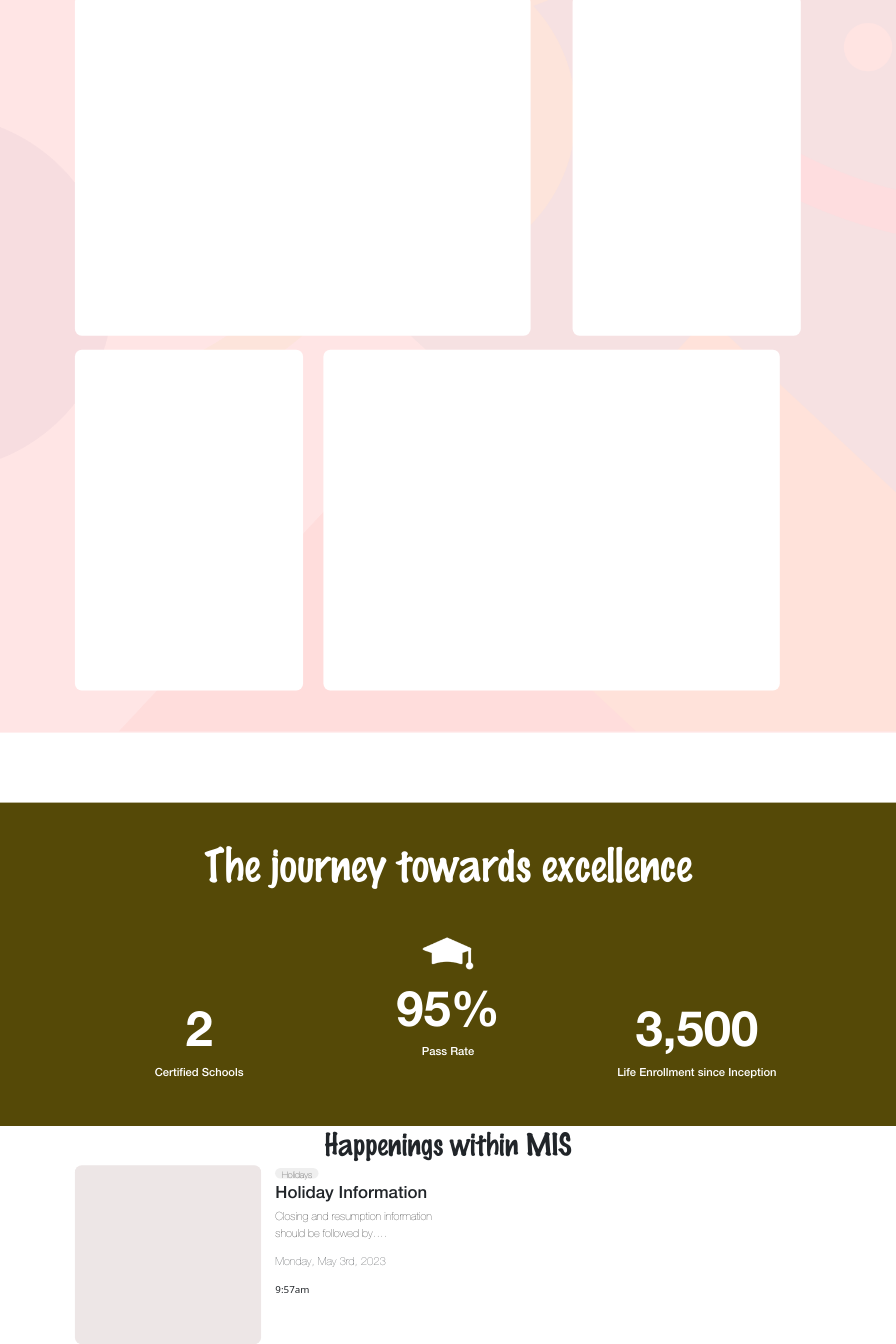
Repository: sarahnnanyelugo/MIGS
Page: /
The author's editor kept a copy of each file at every save. The page is drawn from the files as they stood at one save, then again after the next save.
The browser window is 1280 px wide. The pictures show the part of the page from y = 2912 to 4832 px (the page is 4832 px tall), at 70% of full size.
The project was rebuilt for these pictures with package versions that can differ from the ones it lists, and the page was loaded fresh each time.

Above is the page before, as saved 2023-05-30 13:44:38.

### src/index.js
import React from "react";
import ReactDOM from "react-dom/client";
import "./index.css";
import App from "./App";
import reportWebVitals from "./reportWebVitals";
import "bootstrap/dist/css/bootstrap.min.css";
import { BrowserRouter, Routes, Route, Link, Outlet } from "react-router-dom";
const root = ReactDOM.createRoot(document.getElementById("root"));
root.render(
  <BrowserRouter>
    <App />
  </BrowserRouter>
);

// If you want to start measuring performance in your app, pass a function
// to log results (for example: reportWebVitals(console.log))
// or send to an analytics endpoint. Learn more: https://bit.ly/CRA-vitals
reportWebVitals();

### src/App.js
import logo from "./logo.svg";
import "./App.scss";
import "bootstrap/dist/css/bootstrap.min.css";
import { BrowserRouter, Routes, Route, Link, Outlet } from "react-router-dom";
import Home from "./pages/Home/Home";
import ScrollToTop from "./components/scrollToTop";
import NavBar from "./components/NavBar/NavBar";
function App() {
  return (
    <>
      <ScrollToTop />
      <NavBar />
      <Routes>
        {" "}
        <Route path="/" element={<Home />} />
        {/* <Route path="tech-hub-page" element={<TechHub />} />
        <Route path="team-hire" element={<TeamHire />} />
        <Route path="hire-page" element={<HiringPage />} /> */}
      </Routes>
    </>
  );
}

export default App;

### src/App.scss
@font-face {
  font-family: maker;
  src: url(./assets/fonts/marker-felt/Marker-Felt.ttf);
}
@font-face {
  font-family: helveticaB;
  src: url(./assets/fonts/helvetica/HelveticaNeueBold.ttf);
}
@font-face {
  font-family: helveticaM;
  src: url(./assets/fonts/helvetica/HelveticaNeueMedium.ttf);
}
@font-face {
  font-family: helveticaR;
  src: url(./assets/fonts/helvetica/HelveticaNeueRegular.ttf);
}

h1,
h2,
h3,
h4,
h5,
h6 {
  font-family: maker;
}

### src/components/NavBar/NavBar.jsx
import React, { useEffect, useState, useRef } from "react";
import { Link, NavLink } from "react-router-dom";
import "./_navbar.scss";
import { useLocation } from "react-router-dom";
// import Icofont from "react-icofont";
import Logo from "../../assets/images/logo2.png";

function NavBar() {
  return (
    <>
      <div className="nav-container col-md-10 offset-md-1">
        {" "}
        <div className=" col-md-1 tech-logo-div">
          {" "}
          <img className="tech-logo" src={Logo} alt="Scholar" width="60%" />
        </div>
        <ul className="list-inline list-unstyled ">
          <li className="list-inline-item">
            <NavLink className="tech-links cool-link" to={"/"}>
              About
            </NavLink>
          </li>
          <li className="list-inline-item">
            <NavLink className="tech-links cool-link">Admission</NavLink>
          </li>
          <li className="list-inline-item">
            <NavLink className="tech-links cool-link">Academics</NavLink>
          </li>
          <li className="list-inline-item">
            <NavLink className="tech-links cool-link">IEC</NavLink>
          </li>{" "}
          <li className="list-inline-item">
            <NavLink className="tech-links cool-link">E-shop</NavLink>
          </li>
          <li className="list-inline-item">
            <NavLink className="tech-links cool-link">Gallery</NavLink>
          </li>
          <li className="list-inline-item">
            <button className="nav-btn">e-portal</button>
          </li>
        </ul>
      </div>
    </>
  );
}

export default NavBar;

### src/components/AppModal/AppModal.js
import "./_app-modal.scss";

// import ModalImg from "../../assets/read2.png";
// import SampleLogo from "../../assets/wellspring.png";

import React, { useEffect, useRef, useState } from "react";

export const AppModal = () => {
  const [showActive, setShowActive] = useState(false);
  const modalContainer = useRef(null);
  const bodyTag = useRef(null);

  useEffect(() => {
    setTimeout(() => {
      // modalContainer.addClass("two");
      // document.body.addClass("modal-active");
      setShowActive(true);
      // modalContainer.click(function () {
      // setShowActive(false);
      // this.addClass("out");
      // document.body.removeClass("modal-active");
      // });
    }, 2000);
  }, []);
  const setThisShowActive = () => {
    setShowActive(!showActive);
  };
  return (
    <>
      <div
        className={`col-md-2 my-app-modal-container ${
          showActive ? "modal-active" : ""
        }`}
      >
        <div
          ref={modalContainer}
          className={`col-md-12 ${showActive ? "two" : ""}`}
          id="modal-container"
        >
          <div className="modal-background col-md-12">
            <button onClick={setThisShowActive} className="close-btn">
              {/* <i class="icofont-close">x</i> */}X
            </button>

            <div className="modal col-md-10">
              <div className="col-md-12 ">
                <h2>Admission in progress</h2>
                <p>
                  Admission is currently on into Creche, Pre-school, Primary and
                  Secondary classes.
                </p>
                <buttton className="app-btn col-md-12">Apply Now</buttton>
              </div>{" "}
            </div>
          </div>
        </div>
      </div>
    </>
  );
};

### src/pages/Home/home.scss
@import "../../variables";
@import "../../shared-styles";
.landing-img {
  position: relative;
  text-align: left;
  color: #fff;
  height: 800px;
  background-color: grey;
}
.centered {
  position: absolute;
  top: 50%;
  left: 20%;

  transform: translate(-50%, -50%);
  h1 {
    font-size: 114px !important;
  }
}
.welcome-header {
  color: #707070;

  h1 {
    font-size: 60px;
  }
}
.welcome-paragraph {
  p {
    color: #707070;
    font-family: helveticaM;
  }
}
.welcome-div {
  height: 800px;
  background: url("../../assets/images/curly.png");
  background-size: contain;
  background-repeat: no-repeat;
}
.section-div {
  margin-top: -280px;

  h1 {
    font-size: 60px;
    color: #707070;
  }
}
.sections-container {
  position: relative;
  text-align: center;
  margin-bottom: 50px;
  border-radius: 10px;
  height: 358px;
}
.bottom-left {
  position: absolute;
  bottom: 8px;
  left: 16px;
}
.early-years {
  background: #ff5252;
  color: #fff;
}
.primary {
  background: #f2e15f;
  color: #000;
}
.special {
  background: #838383;
  color: #fff;
}
.junior {
  background: #2ebbef;
  color: #fff;
}
.senior {
  background: #30eaa9;
  color: #000;
}
.birthright-div {
  background: url("../../assets/images/pink-bg.png");
  background-size: cover;
  background-repeat: no-repeat;
  padding: 60px 0;
  margin: 100px 0;
  h1 {
    margin-bottom: 20px;
  }
  span {
    color: $red;
    font-size: 60px;
  }
  color: #707070;
  p {
    font-family: helveticaM;
    margin-bottom: 100px;
  }
  .img-div {
    height: 487px;
    border-radius: 10px;
    background: #fff;
  }
}
.stats-div {
  background: #554907;
  padding: 50px 0;
  h1 {
    color: #fff;
    font-size: 60px;
    // margin-bottom: 40px;
  }
  .stats {
    h1 {
      color: #fff;
      font-size: 70px;
      font-family: helveticaB;
    }
    p {
      color: #fff;
      font-family: helveticaM;
    }
  }
}
.news-div {
  .img-div2 {
    background: #ede6e6;
    border-radius: 10px;
    height: 256px;
  }
  .news-details {
    padding: 0 0 0 20px;
    h4 {
      font-family: helveticaM;
    }
    button {
      border: none;
      width: 62px;
      height: 15px;
      font-size: 13px;
      font-family: helveticaR;
      border-radius: 35px;
    }
    p {
      font-family: helveticaR;
    }
  }
}

### src/components/NavBar/_navbar.scss
@import "../../variables";
@import "../../shared-styles";

.nav-container {
  display: flex;
  padding-top: 20px;
  position: relative;
  z-index: 2 !important;
  padding-bottom: 0;
  height: 90px;
  background-color: #fff !important;
  ul li {
    margin-top: 0px !important;
  }
  .nav-btn {
    @include app-btn;
    padding: 8px 40px;
    // margin-top: 0 !important;
    border: none;
  }
  .tech-logo-div {
    flex-grow: 1 !important;
    margin-top: -10px;
  }
  .tech-links {
    color: #000;
    text-decoration: none;
    font-family: helveticaM;
    margin: 0px 28px !important;
    &:hover {
      color: $red;
    }
  }
}

### src/components/AppModal/_app-modal.scss
@import "../../variables";
@import "../../shared-styles";

.my-app-modal-container {
  position: relative;
  z-index: 3000 !important;
  .close-btn {
    right: 39% !important;
    background: grey !important;
    border-radius: 100%;
    position: relative;
    float: right;
    height: 30px !important;
    width: 30px !important;
    font-size: 15px;
    font-weight: bold;
    color: #fff !important;
    margin-top: -25px;

    background: transparent;
    border: none;
    z-index: 4000;
    &:hover {
      color: $lightblue !important;
    }
    @media screen and (max-width: 620px) {
      right: 5% !important;
      margin-top: 20px;
    }
  }
  * {
    box-sizing: border-box;
  }

  html,
  body,
  .my-app-modal-container {
    min-height: 100%;
    height: 100%;

    &.modal-active {
      overflow: hidden;
    }
  }

  #modal-container {
    position: fixed;
    display: table;
    height: 100%;
    width: 100%;
    top: 0;
    left: 0;
    transform: scale(0);
    z-index: 1;

    &.two {
      transform: scale(1);
      .modal-background {
        background: rgba(0, 0, 0, 0);
        animation: fadeIn 0.5s cubic-bezier(0.165, 0.84, 0.44, 1) forwards;
        .modal {
          opacity: 0;
          animation: scaleUp 1s cubic-bezier(0.165, 0.84, 0.44, 1) forwards;
          background: #fff !important;
          border-radius: 10px;
          width: 25%;
          height: 70%;
          top: 0px;
          padding: 20px;
          @media screen and (max-width: 620px) {
            height: fit-content;
            width: 90%;
            top: 70px;
          }
          color: black;

          p {
            text-align: center !important;
            font-family: helveticaM;
            font-size: 14px;
          }
          h2 {
            font-family: helveticaB;
          }
        }
      }
      + .content {
        animation: scaleBack 0.5s cubic-bezier(0.165, 0.84, 0.44, 1) forwards;
      }
      &.out {
        animation: quickScaleDown 0s 0.5s linear forwards;
        .modal-background {
          animation: fadeOut 0.5s cubic-bezier(0.165, 0.84, 0.44, 1) forwards;
          .modal {
            animation: scaleDown 0.5s cubic-bezier(0.165, 0.84, 0.44, 1)
              forwards;
          }
        }
        + .content {
          animation: scaleForward 0.5s cubic-bezier(0.165, 0.84, 0.44, 1)
            forwards;
        }
      }
    }

    .modal-background {
      display: table-cell;
      background: rgba(0, 0, 0, 0.6);
      text-align: center;
      vertical-align: middle;
      .modal {
        background: white;
        padding: 30px 0;
        display: inline-block;
        position: relative;

        .modal-svg {
          position: absolute;
          top: 0;
          left: 0;
          height: 100%;
          width: 100%;
          border-radius: 3px;
          rect {
            stroke: #fff;
            stroke-width: 2px;
            stroke-dasharray: 778;
            stroke-dashoffset: 778;
          }
        }
      }
    }
  }

  @keyframes unfoldIn {
    0% {
      transform: scaleY(0.005) scaleX(0);
    }
    50% {
      transform: scaleY(0.005) scaleX(1);
    }
    100% {
      transform: scaleY(1) scaleX(1);
    }
  }

  @keyframes unfoldOut {
    0% {
      transform: scaleY(1) scaleX(1);
    }
    50% {
      transform: scaleY(0.005) scaleX(1);
    }
    100% {
      transform: scaleY(0.005) scaleX(0);
    }
  }

  @keyframes zoomIn {
    0% {
      transform: scale(0);
    }
    100% {
      transform: scale(1);
    }
  }

  @keyframes zoomOut {
    0% {
      transform: scale(1);
    }
    100% {
      transform: scale(0);
    }
  }

  @keyframes fadeIn {
    0% {
      background: rgba(0, 0, 0, 0);
    }
    100% {
      background: rgba(0, 0, 0, 0.7);
    }
  }

  @keyframes fadeOut {
    0% {
      background: rgba(0, 0, 0, 0.7);
    }
    100% {
      background: rgba(0, 0, 0, 0);
    }
  }

  @keyframes scaleUp {
    0% {
      transform: scale(0.8) translateY(1000px);
      opacity: 0;
    }
    100% {
      transform: scale(1) translateY(0px);
      opacity: 1;
    }
  }

  @keyframes scaleDown {
    0% {
      transform: scale(1) translateY(0px);
      opacity: 1;
    }
    100% {
      transform: scale(0.8) translateY(1000px);
      opacity: 0;
    }
  }

  @keyframes scaleBack {
    0% {
      transform: scale(1);
    }
    100% {
      transform: scale(0.85);
    }
  }

  @keyframes scaleForward {
    0% {
      transform: scale(0.85);
    }
    100% {
      transform: scale(1);
    }
  }

  @keyframes quickScaleDown {
    0% {
      transform: scale(1);
    }
    99.9% {
      transform: scale(1);
    }
    100% {
      transform: scale(0);
    }
  }

  @keyframes slideUpLarge {
    0% {
      transform: translateY(0%);
    }
    100% {
      transform: translateY(-100%);
    }
  }

  @keyframes slideDownLarge {
    0% {
      transform: translateY(-100%);
    }
    100% {
      transform: translateY(0%);
    }
  }

  @keyframes moveUp {
    0% {
      transform: translateY(150px);
    }
    100% {
      transform: translateY(0);
    }
  }

  @keyframes moveDown {
    0% {
      transform: translateY(0px);
    }
    100% {
      transform: translateY(150px);
    }
  }

  @keyframes blowUpContent {
    0% {
      transform: scale(1);
      opacity: 1;
    }
    99.9% {
      transform: scale(2);
      opacity: 0;
    }
    100% {
      transform: scale(0);
    }
  }

  @keyframes blowUpContentTwo {
    0% {
      transform: scale(2);
      opacity: 0;
    }
    100% {
      transform: scale(1);
      opacity: 1;
    }
  }

  @keyframes blowUpModal {
    0% {
      transform: scale(0);
    }
    100% {
      transform: scale(1);
    }
  }

  @keyframes blowUpModalTwo {
    0% {
      transform: scale(1);
      opacity: 1;
    }
    100% {
      transform: scale(0);
      opacity: 0;
    }
  }

  @keyframes roadRunnerIn {
    0% {
      transform: translateX(-1500px) skewX(30deg) scaleX(1.3);
    }
    70% {
      transform: translateX(30px) skewX(0deg) scaleX(0.9);
    }
    100% {
      transform: translateX(0px) skewX(0deg) scaleX(1);
    }
  }

  @keyframes roadRunnerOut {
    0% {
      transform: translateX(0px) skewX(0deg) scaleX(1);
    }
    30% {
      transform: translateX(-30px) skewX(-5deg) scaleX(0.9);
    }
    100% {
      transform: translateX(1500px) skewX(30deg) scaleX(1.3);
    }
  }

  @keyframes sketchIn {
    0% {
      stroke-dashoffset: 778;
    }
    100% {
      stroke-dashoffset: 0;
    }
  }

  @keyframes sketchOut {
    0% {
      stroke-dashoffset: 0;
    }
    100% {
      stroke-dashoffset: 778;
    }
  }

  @keyframes modalFadeIn {
    0% {
      background-color: transparent;
    }
    100% {
      background-color: white;
    }
  }

  @keyframes modalFadeOut {
    0% {
      background-color: white;
    }
    100% {
      background-color: transparent;
    }
  }

  @keyframes modalContentFadeIn {
    0% {
      opacity: 0;
      top: -20px;
    }
    100% {
      opacity: 1;
      top: 0;
    }
  }

  @keyframes modalContentFadeOut {
    0% {
      opacity: 1;
      top: 0px;
    }
    100% {
      opacity: 0;
      top: -20px;
    }
  }

  @keyframes bondJamesBond {
    0% {
      transform: translateX(1000px);
    }
    80% {
      transform: translateX(0px);
      border-radius: 75px;
      height: 75px;
      width: 75px;
    }
    90% {
      border-radius: 3px;
      height: 182px;
      width: 247px;
    }
    100% {
      border-radius: 3px;
      height: 162px;
      width: 227px;
    }
  }

  @keyframes killShot {
    0% {
      transform: translateY(0) rotate(0deg);
      opacity: 1;
    }
    100% {
      transform: translateY(300px) rotate(45deg);
      opacity: 0;
    }
  }

  @keyframes fadeToRed {
    0% {
      background-color: rgba(black, 0.6);
    }
    100% {
      background-color: rgba(red, 0.8);
    }
  }

  @keyframes slowFade {
    0% {
      opacity: 1;
    }
    99.9% {
      opacity: 0;
      transform: scale(1);
    }
    100% {
      transform: scale(0);
    }
  }
}

### src/_variables.scss
$yellow: rgb(255, 210, 16);
$red: #ff5252;
$skyblue: rgb(83, 180, 242);
$lightblue: rgb(12, 99, 177);
$lightblue2: rgb(12, 88, 160);
$lighterblue: rgb(211, 236, 252);
$deepblue2: rgb(0, 79, 157);
$mainblue: rgb(1, 71, 141);

@mixin app-btn {
  color: #fff;
  border-radius: 35px;
  padding: 8px 130px;
  font-size: 14px;
  background: $red;

  font-family: helveticaM;
  &:hover {
    background: #c90e0e;
    transition: 0.5s ease;
  }
}

### src/_shared-styles.scss
@import "./variables";

@media screen and (max-width: 620px) {
  .flexyM {
    display: flex !important;
  }
  .side-menu {
    display: none !important;
  }
  .page-body {
    padding: 20px;
  }

  .dn {
    display: none;
  }
  .holder img {
    height: 200px;
    margin-top: 40px !important;
  }
  .overlay {
    bottom: -30px !important;
  }
  .m-margin {
    margin-top: 0 !important;
    margin-bottom: 0 !important;
  }
  .navigations {
    display: none;
  }
  .breadcrum {
    margin-top: 350px !important;
  }
}
@media screen and (min-width: 620px) {
  .flexy {
    display: flex;
  }
  .spread {
    display: flex;
  }
  // {
  //   display:none;
  // }
}

/* Container needed to position the overlay. Adjust the width as needed */
.holder {
  position: relative;
  width: 100%;
}

.side-nav2 {
  @media screen and (max-width: 620px) {
    padding: 0 10px 0;
  }
}
.br {
  border-radius: 10px;
}
.mt1 {
  margin-top: 10px;
}
.mt2 {
  margin-top: 20px;
}
.mt3 {
  margin-top: 30px;
}
.mt4 {
  margin-top: 40px;
}
.mt5 {
  margin-top: 50px;
}
.mt6 {
  margin-top: 60px;
}
.mt7 {
  margin-top: 70px;
}
.mt8 {
  margin-top: 80px;
}
.mt9 {
  margin-top: 90px;
}
.mt {
  margin-top: 120px;
}
.mtt {
  margin-top: 150px;
}
.mr1 {
  margin-right: 10px;
}
.mr2 {
  margin-right: 20px;
}
.mr3 {
  margin-right: 30px;
}
.mr4 {
  margin-right: 40px;
}
.mr5 {
  margin-right: 50px;
}
.mr6 {
  margin-right: 60px;
}
.mr7 {
  margin-right: 70px;
}
.mb1 {
  margin-bottom: 10px;
}
.mb2 {
  margin-bottom: 20px;
}
.mb3 {
  margin-bottom: 30px;
}
.mb4 {
  margin-bottom: 40px;
}
.mb5 {
  margin-bottom: 50px;
}
.mb6 {
  margin-bottom: 60px;
}
.ml2 {
  margin-left: 20px;
}
.ml3 {
  margin-left: 30px;
}
.ml4 {
  margin-left: 40px;
}
.ml5 {
  margin-left: 50px;
}
.ml6 {
  margin-left: 60px;
}

.app-btn {
  @include app-btn;
  width: 100% !important;
}
.tac {
  text-align: center;
}
.normal-link {
  font-family: helveticaM;
  color: black !important;
  text-decoration: none;
}

Loaded but not shown: public/index.html (common file); src/index.css (common file); src/reportWebVitals.js (common file); src/components/scrollToTop.js (common file); src/pages/Home/Home.js (274 lines, source omitted)

After the next save:
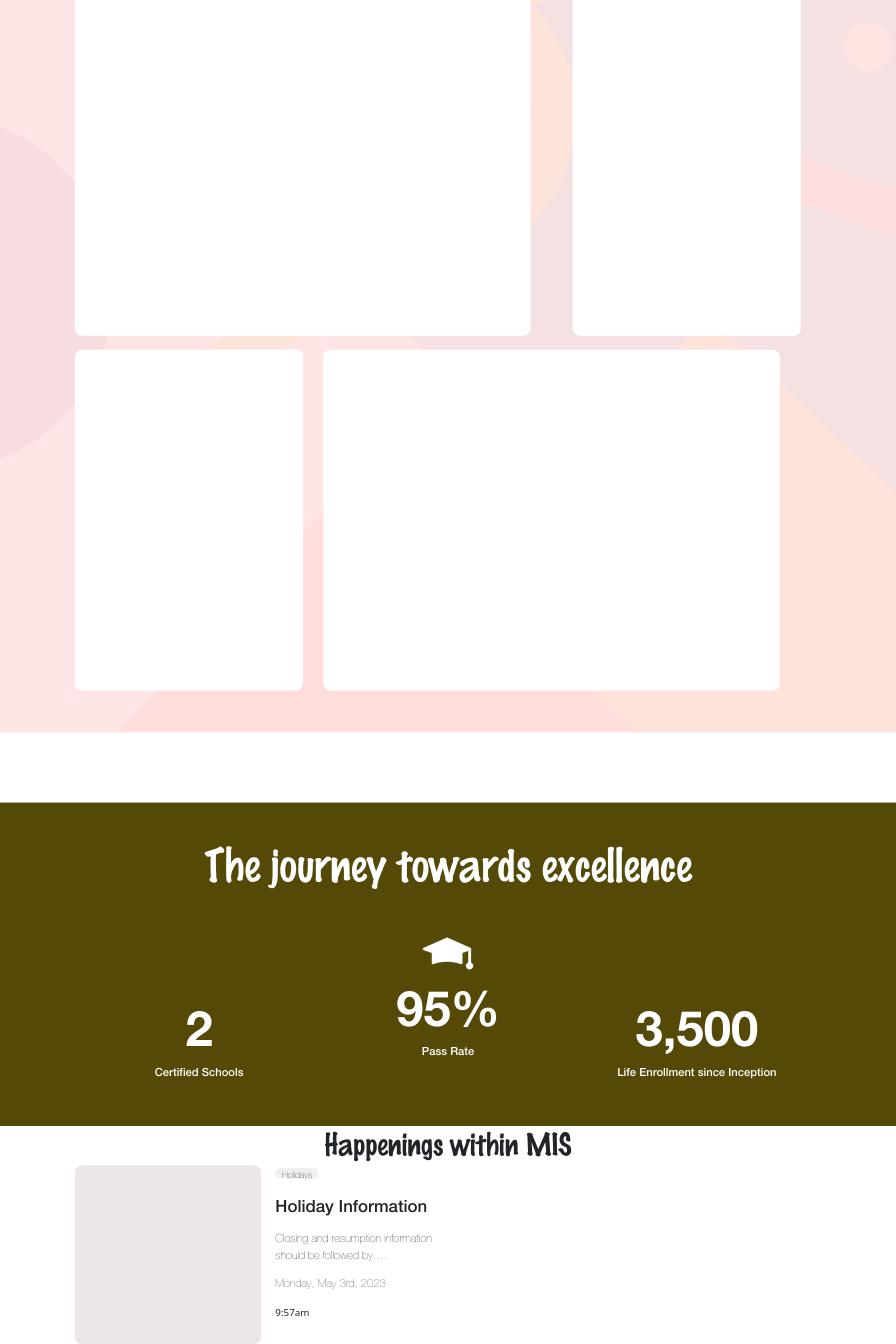
Saved 18 s later.
--- a/src/pages/Home/home.scss
+++ b/src/pages/Home/home.scss
@@ -130,6 +130,7 @@
     padding: 0 0 0 20px;
     h4 {
       font-family: helveticaM;
+      margin: 20px 0;
     }
     button {
       border: none;
